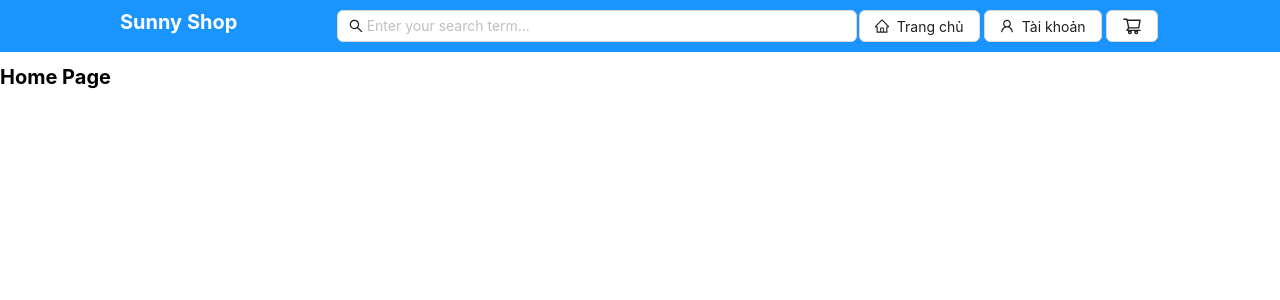
Repository: manhhieu120499/E-Commerce
Page: /
The author's editor kept a copy of each file at every save. The page is drawn from the files as they stood at one save, then again after the next save.
The browser window is 1280 px wide. The pictures show the whole page.
The project was rebuilt for these pictures with package versions that can differ from the ones it lists, and the page was loaded fresh each time. Also part of the build but not shown: src/pages/product/Product.js, src/pages/order/Order.js, src/pages/notFound/NotFound.js, src/layouts/NormalLayout/NormalLayout.js.

Above is the page before, as saved 2024-12-31 18:34:16.

### src/index.js
import React from "react";
import ReactDOM from "react-dom/client";
import App from "./App";
import reportWebVitals from "./reportWebVitals";
import GlobalStyle from "./GlobalStyles";
import { Provider } from "react-redux";
import store from "./redux/store";

const root = ReactDOM.createRoot(document.getElementById("root"));
root.render(
  <React.StrictMode>
    <Provider store={store}>
      <GlobalStyle>
        <App />
      </GlobalStyle>
    </Provider>
  </React.StrictMode>
);

// If you want to start measuring performance in your app, pass a function
// to log results (for example: reportWebVitals(console.log))
// or send to an analytics endpoint. Learn more: https://bit.ly/CRA-vitals
reportWebVitals();

### src/App.js
import React from "react";
import { BrowserRouter as Router, Route, Routes } from "react-router-dom";
import { publicRoute } from "./route";
function App() {
  return (
    <div className="App">
      <Router>
        <Routes>
          {publicRoute.map((route) => {
            const Page = route.component;
            const Layout = route.layout;
            return (
              <Route
                key={route.path}
                path={route.path}
                element={
                  <Layout>
                    <Page />
                  </Layout>
                }
              />
            );
          })}
        </Routes>
      </Router>
    </div>
  );
}

export default App;

### src/redux/store.js
import { configureStore } from "@reduxjs/toolkit";
import productSlice from "./slices/productSlice";

const store = configureStore({
    reducer: {
        product: productSlice
    }
})

export default store;

### src/route/index.js
import { Home, Product, Order, NotFound } from "../pages";
import { DefaultLayout, NormalLayout } from "../layouts";

const publicRoute = [
  {
    path: "/",
    component: Home,
    layout: DefaultLayout,
  },
  {
    path: "/product",
    component: Product,
    layout: DefaultLayout,
  },
  {
    path: "/order",
    component: Order,
    layout: DefaultLayout,
  },
  {
    path: "*",
    component: NotFound,
    layout: NormalLayout,
  },
];

const privateRoute = [];

export { publicRoute, privateRoute };

### src/GlobalStyles/GlobalStyles.js
import "./css/GlobalStyles.css";
export default function GlobalStyle({ children }) {
    return (
        <div className="wrapper">
            { children }
        </div>
    )
}

### src/redux/slices/productSlice.js
import { createSlice } from "@reduxjs/toolkit";

// const initialState = {
//     products: [],
// }

// export const productSlice = createSlice({
//     name: 'productSlice',
//     initialState,
//     reducers:{
//         setProduct: (state, action) => {
//             return {...state}
//         }
//     }
// })

const initialState = {
    value: 0
}

const productSlice = createSlice({
    name: 'productSlice',
    initialState,
    reducers: {
        increase: (state, action) => {
            return {...state, value: state.value + 1}
        },
        decrease: (state, action) => {
            return {...state, value: state.value - 1}
        }
    }
})

export const { increase, decrease } = productSlice.actions;

export default productSlice.reducer;

### src/pages/index.js
import Home from "./home";
import Product from "./product";
import Order from "./order";
import NotFound from "./notFound";

export { Home, Product, Order, NotFound };

### src/layouts/index.js
import DefaultLayout from "./DefaultLayout";
import NormalLayout from "./NormalLayout";

export { DefaultLayout, NormalLayout };

### src/GlobalStyles/css/GlobalStyles.css
/* @import "antd/dist/antd.css"; */
body {
  margin: 0;
  font-family: -apple-system, BlinkMacSystemFont, 'Segoe UI', 'Roboto', 'Oxygen',
    'Ubuntu', 'Cantarell', 'Fira Sans', 'Droid Sans', 'Helvetica Neue',
    sans-serif;
  -webkit-font-smoothing: antialiased;
  -moz-osx-font-smoothing: grayscale;
  box-sizing: border-box;
  padding: 0;
}

html {
  font-size: 62.5%;
}

.wrapper {
  max-width: 100vw;
  margin: 0 auto;
}

### src/pages/product/index.js
export { default } from './Product'

### src/layouts/NormalLayout/index.js
export { default } from "./NormalLayout";

### src/pages/home/Home.js
export default function Home({children}) {
    return (
        <h1>Home Page</h1>
    )
}

### src/layouts/DefaultLayout/DefaultLayout.js
import { Header } from "../../components";

export default function DefaultLayout({ children }) {
  return (
    <div className="wrapper">
      <Header />
      {children}
    </div>
  );
}

### src/components/index.js
import Header from "./Header";
export { Header };

### src/components/Header/Header.js
import { Button, Col, Row } from "antd";
import { WrapperRow, WrapperSpan } from "./HeaderStyle";
import Search from "antd/es/transfer/search";
import {
  HomeOutlined,
  ShoppingCartOutlined,
  UserOutlined,
} from "@ant-design/icons";

export default function Header({ children }) {
  return (
    <div>
      <WrapperRow>
        <Col span={5}>
          <WrapperSpan>Sunny Shop</WrapperSpan>
        </Col>
        <Col span={12}>
          <Search
            placeholder="Enter your search term..."
            allowClear
            style={{
              width: 200,
            }}
          />
        </Col>
        <Col
          span={7}
          style={{
            display: "flex",
            alignItems: "center",
            justifyContent: "space-around",
          }}
        >
          <Button>
            <HomeOutlined />
            <span>Trang chủ</span>
          </Button>
          <Button>
            <UserOutlined />
            <span>Tài khoản</span>
          </Button>
          <Button>
            <ShoppingCartOutlined style={{ fontSize: 20 }} />
          </Button>
        </Col>
      </WrapperRow>
    </div>
  );
}

### src/components/Header/HeaderStyle.js
import { Row } from "antd";
import styled from "styled-components";

export const WrapperRow = styled(Row)`
  padding: 10px 120px;
  background-color: rgb(26, 148, 255);
`;

export const WrapperSpan = styled.span`
  font-size: 20px;
  font-weight: 700;
  color: white;
`;

Loaded but not shown: public/index.html (common file); src/reportWebVitals.js (common file); src/GlobalStyles/index.js (common file); src/pages/home/index.js (common file); src/pages/order/index.js (common file); src/pages/notFound/index.js (common file); src/layouts/DefaultLayout/index.js (common file); src/components/Header/index.js (common file)

After the next save:
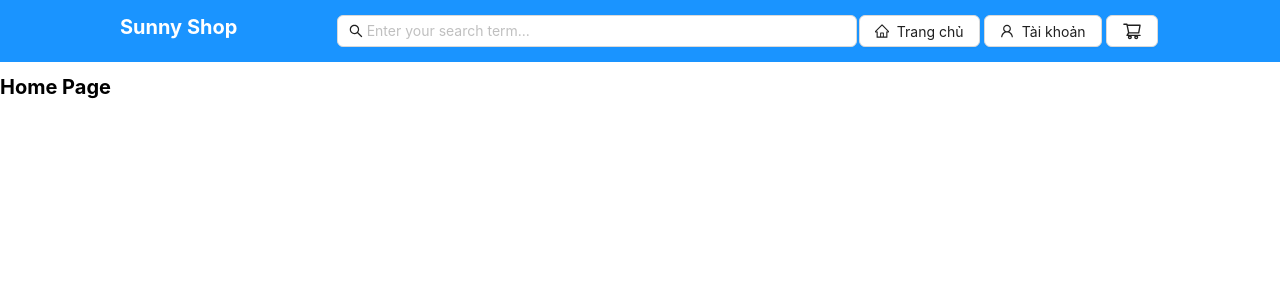
Saved 23 s later.
--- a/src/components/Header/HeaderStyle.js
+++ b/src/components/Header/HeaderStyle.js
@@ -2,7 +2,7 @@ import { Row } from "antd";
 import styled from "styled-components";
 
 export const WrapperRow = styled(Row)`
-  padding: 10px 120px;
+  padding: 15px 120px;
   background-color: rgb(26, 148, 255);
 `;
 
